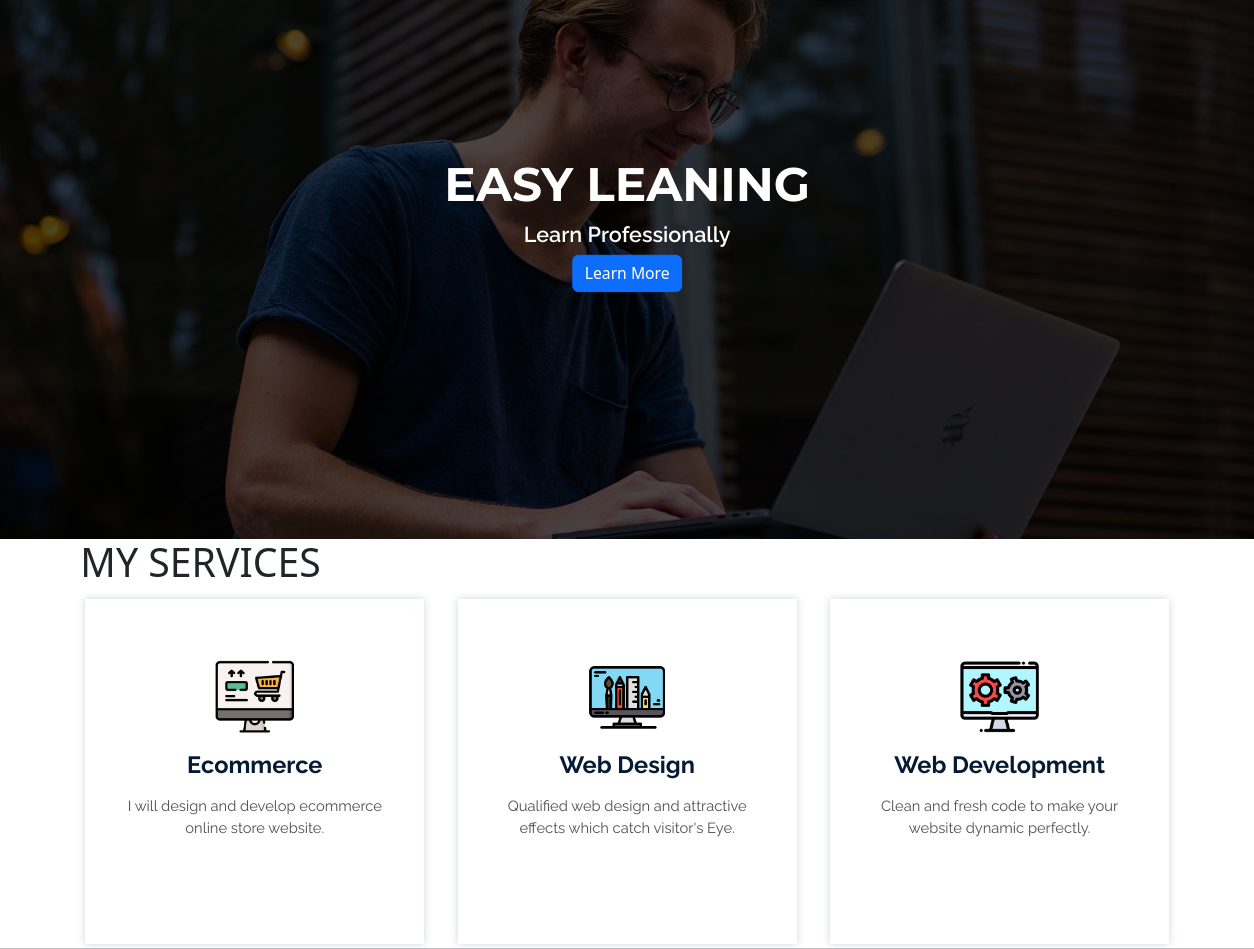
Repository: masamichan/free_video_app
Page: /
These files come from the project's save history. The page is drawn as it stood at one moment and after the next save; the edit follows.
The browser window is 1280 px wide. The pictures show the whole page, at 98% of full size.
Backgrounds fixed to the window are drawn as part of the page. The project was rebuilt for these pictures with package versions that can differ from the ones it lists, and the page was loaded fresh each time.

Above is the page before, as saved 2023-01-22 12:37:24.

### public/index.html
<!DOCTYPE html>
<html lang="en">
  <head>
    <meta charset="utf-8" />
    <link rel="icon" href="%PUBLIC_URL%/icon.png" />
    <meta name="viewport" content="width=device-width, initial-scale=1" />
    <meta name="theme-color" content="#000000" />
    <meta
      name="description"
      content="Web site created using create-react-app"
    />

    <link rel="manifest" href="%PUBLIC_URL%/manifest.json" />

    <link rel="preconnect" href="https://fonts.googleapis.com">
    <link rel="preconnect" href="https://fonts.gstatic.com" crossorigin>
    <link
      href="https://fonts.googleapis.com/css2?family=Montserrat:wght@400;700;800&family=Raleway:wght@300;400;600;700&display=swap"
      rel="stylesheet">

    <title>Easy Leaning</title>
  </head>
  <body>
    <noscript>You need to enable JavaScript to run this app.</noscript>
    <div style="width: 100%;" id="root"></div>

  </body>
</html>

### src/App.js
import React from "react";
import Services from "./components/Services/Services";
import { TopBanner } from "./components/TopBanner/TopBanner";

function App() {
  return (
    <div>
      <TopBanner />
      <Services />
    </div>
  );
}

export default App;

### src/components/Services/Services.jsx
import React, { Component, Fragment } from "react";
import { Col, Container, Row } from "react-bootstrap";
import designIcon from "../../asset/image/design.png";
import ecommerceIcon from "../../asset/image/ecommerce.png";
import webIcon from "../../asset/image/web.png";

export class Services extends Component {
  render() {
    return (
      <Fragment>
        <Container>
          <h1>MY SERVICES</h1>
          <Row>
            <Col lg={4} md={6} sm={12}>
              <div className="serviceCard text-center">
                <img className="ecommerceIcon" src={ecommerceIcon} />
                <h2 className="serviceName">Ecommerce</h2>
                <p className="serviceDescription">
                  I will design and develop ecommerce online store website.
                </p>
              </div>
            </Col>
            <Col lg={4} md={6} sm={12}>
              <div className="serviceCard text-center">
                <img className="designIcon" src={designIcon} />
                <h2 className="serviceName">Web Design</h2>
                <p className="serviceDescription">
                  Qualified web design and attractive effects which catch
                  visitor's Eye.
                </p>
              </div>
            </Col>
            <Col lg={4} md={6} sm={12}>
              <div className="serviceCard text-center">
                <img className="webIcon" src={webIcon} />
                <h2 className="serviceName">Web Development</h2>
                <p className="serviceDescription">
                  Clean and fresh code to make your website dynamic perfectly.
                </p>
              </div>
            </Col>
          </Row>
        </Container>
      </Fragment>
    );
  }
}

export default Services;

### src/components/TopBanner/TopBanner.jsx
import React, { Component, Fragment } from "react";
import { Button, Col, Container, Row } from "react-bootstrap";
import "../../asset/css/custom.css";
import "../../asset/css/bootstrap.css";

export class TopBanner extends Component {
  render() {
    return (
      <Fragment>
        <Container fluid={true} className="topFixedBanner p-0">
          <div className="topBannerOverlay">
            <Container className="topContent">
              <Row>
                <Col className="text-center">
                  <h1 className="topTitle">EASY LEANING</h1>
                  <h4 className="topSubTitle">Learn Professionally</h4>
                  <Button variant="primary">Learn More</Button>
                </Col>
              </Row>
            </Container>
          </div>
        </Container>
      </Fragment>
    );
  }
}

export default TopBanner;

### src/asset/css/custom.css
.topFixedBanner {
  background-image: url("../image/banner.jpg");
  min-height: 550px;
  background-attachment: fixed;
  background-position: center;
  background-repeat: no-repeat;
  background-size: cover;
}
.topBannerOverlay {
  position: absolute;
  min-height: 550px;
  width: 100%;
  background: rgb(0, 0, 0, 0.7);
}

.topContent {
  margin-top: 10em;
}

.topTitle {
  font-family: "Montserrat", sans-serif;
  font-weight: 700;
  color: #ffffff;
  font-size: 48px;
}

.topSubTitle {
  font-family: "Raleway", san-serif;
  font-weight: 600;
  color: #ffffff;
  font-size: 22px;
}

.ecommerceIcon {
  height: 80px;
  width: 80px;
}

.designIcon {
  height: 80px;
  width: 80px;
}

.webIcon {
  height: 80px;
  width: 80px;
}

.serviceCard {
  margin: 5px 5px 5px 5px;
  height: 22rem;
  padding: 60px 30px 60px 30px;
  box-shadow: 0 0 8px 0 rgb(4, 55, 105, 0.2);
}

.serviceCard:hover {
  margin: 5px 5px 5px 5px;
  height: 22rem;
  padding: 60px 30px 60px 30px;
  box-shadow: 0 0 16px 0 rgb(4, 55, 105, 0.2);
}

.serviceName {
  color: #051b35;
  margin-top: 1rem;
  font-family: "Raleway", sans-serif;
  font-size: 24px;
  font-weight: 700;
}

.serviceDescription {
  color: #505050;
  margin-top: 1rem;
  font-family: "Raleway", sans-serif;
  font-size: 15px;
  font-weight: 400;
}

Loaded but not shown: src/index.js (common file); src/asset/css/bootstrap.css (library)

After the next save:
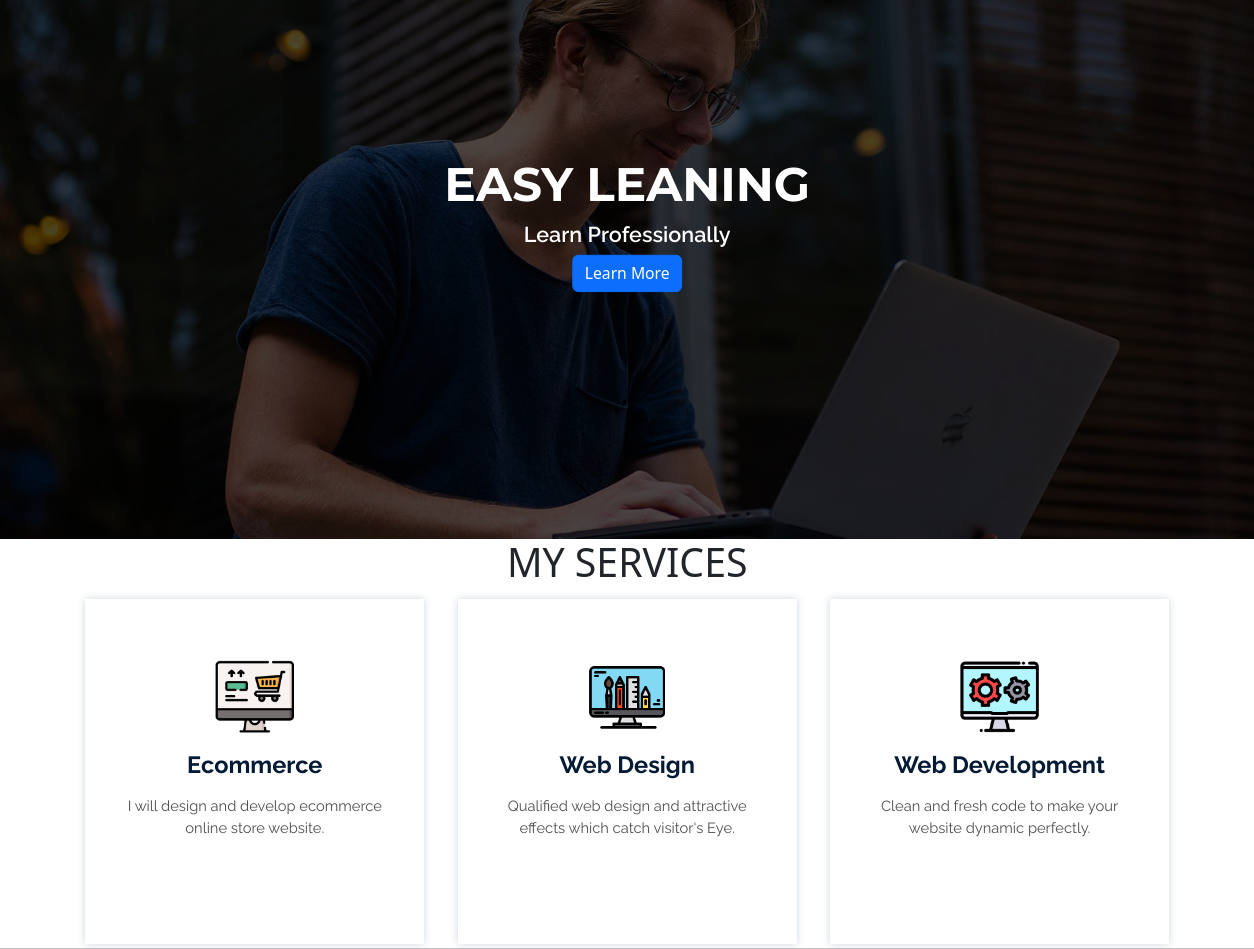
Saved 33 min 35 s later.
--- a/src/components/Services/Services.jsx
+++ b/src/components/Services/Services.jsx
@@ -8,7 +8,7 @@ export class Services extends Component {
   render() {
     return (
       <Fragment>
-        <Container>
+        <Container className="text-center">
           <h1>MY SERVICES</h1>
           <Row>
             <Col lg={4} md={6} sm={12}>
